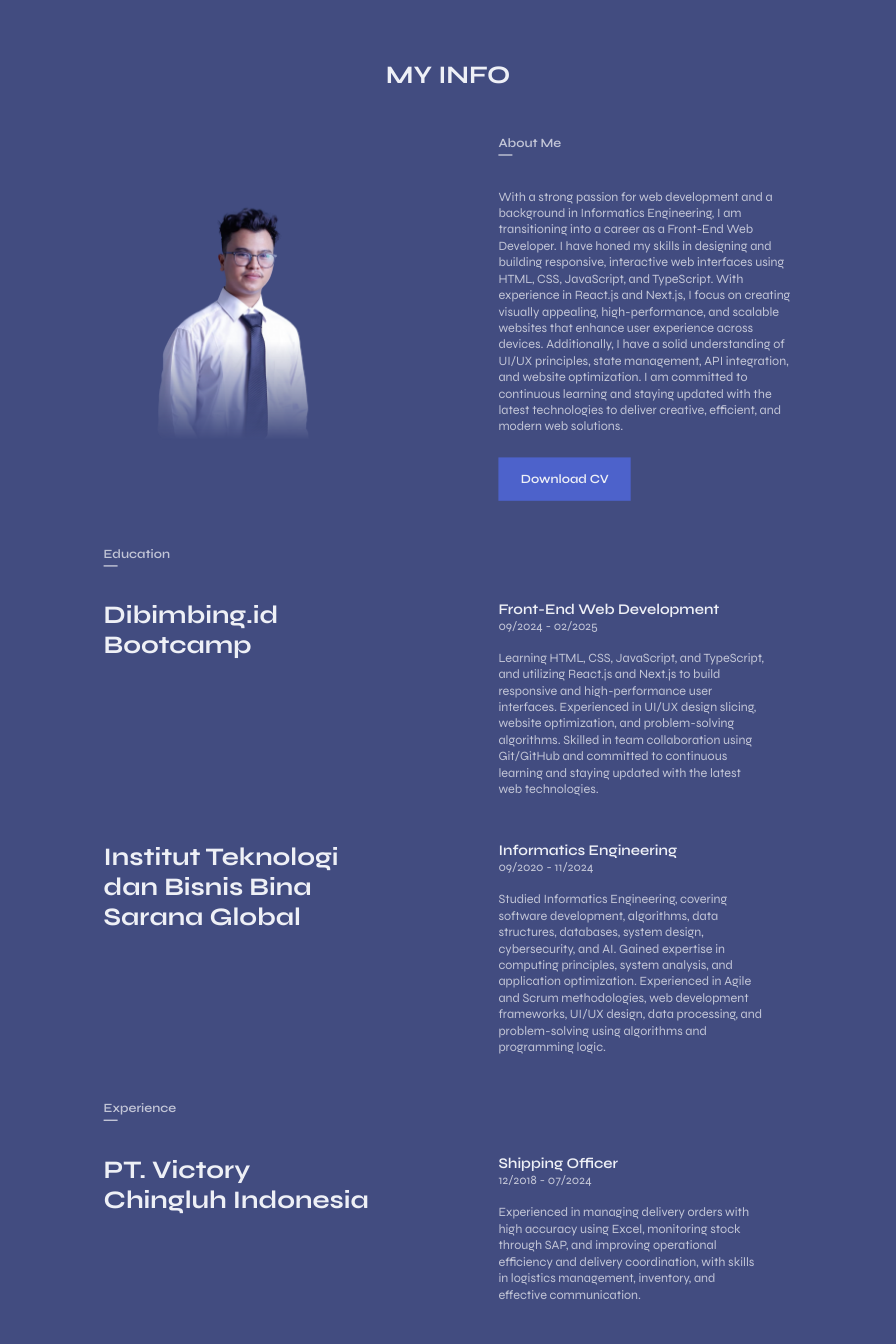
Repository: Ademaulana100499/amgrowth
Page: /
An editor plug-in stored every save of this project. The page is shown before and after the next save, followed by the edit.
The browser window is 1280 px wide. The pictures show the part of the page from y = 2749 to 4669 px (the page is 7293 px tall before and 7199 px after), at 70% of full size.
Some web fonts or font styles are not loaded; a fallback is used. The project was rebuilt for these pictures with package versions that can differ from the ones it lists, and the page was loaded fresh each time. Also part of the build but not shown: vite.config.js.

Above is the page before, as saved 2025-02-19 15:03:42.

After the next save:
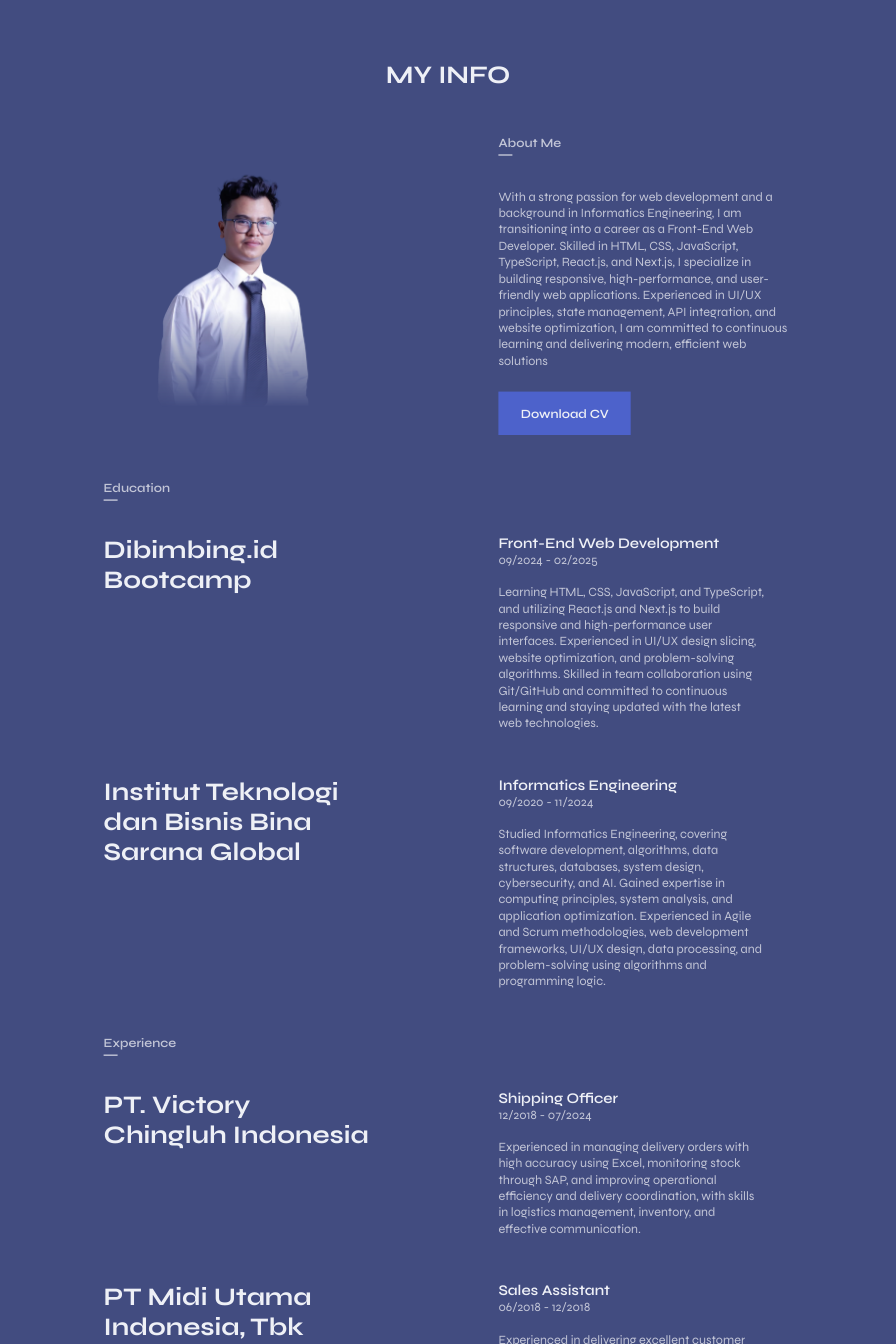
Saved 98 s later.
--- a/src/App.jsx
+++ b/src/App.jsx
@@ -22,7 +22,7 @@
     lastName: "Maulana",
     profession: "Front-End Developer",
     description:
-      "With a strong passion for web development and a background in Informatics Engineering, I am transitioning into a career as a Front-End Web Developer. I have honed my skills in designing and building responsive, interactive web interfaces using HTML, CSS, JavaScript, and TypeScript. With experience in React.js and Next.js, I focus on creating visually appealing, high-performance, and scalable websites that enhance user experience across devices. Additionally, I have a solid understanding of UI/UX principles, state management, API integration, and website optimization. I am committed to continuous learning and staying updated with the latest technologies to deliver creative, efficient, and modern web solutions.",
+      "With a strong passion for web development and a background in Informatics Engineering, I am transitioning into a career as a Front-End Web Developer. Skilled in HTML, CSS, JavaScript, TypeScript, React.js, and Next.js, I specialize in building responsive, high-performance, and user-friendly web applications. Experienced in UI/UX principles, state management, API integration, and website optimization, I am committed to continuous learning and delivering modern, efficient web solutions",
     cv: "/assets/pdf/CV Ade Maulana.pdf",
   };
   const projects = [
